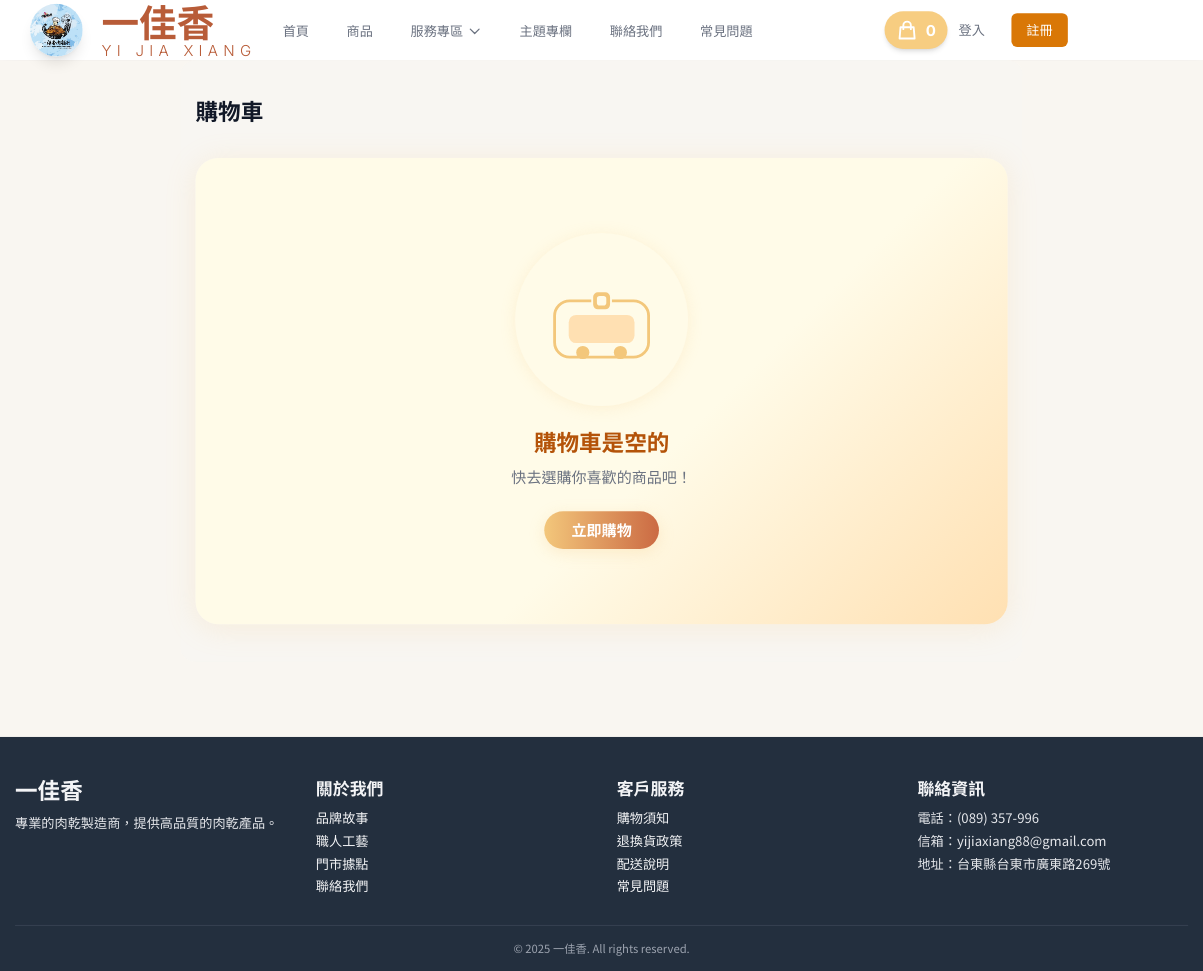
Repository: jack74387/YI-JIA-XIANG
Page: /cart (app in frontend/)
These files come from the project's save history. The page is drawn as it stood at one moment and after the next save; the edit follows.
The browser window is 1280 px wide. The pictures show the whole page, at 94% of full size.
The page's requests for data from a server got no answer. The project was rebuilt for these pictures with package versions that can differ from the ones it lists, and the page was loaded fresh each time. No one was signed in, and anything a server would have sent is missing. Also part of the build but not shown: frontend/vite.config.ts, frontend/src/components/ArticleBlock.vue, frontend/src/views/HomeView.vue, frontend/src/components/ProductImageGallery.vue, frontend/src/components/ProductInfo.vue, frontend/src/components/ProductTabs.vue, frontend/src/components/ProductAddToCartModal.vue, frontend/src/views/ProductDetailView.vue and 1 more.

Above is the page before, as saved 2025-08-12 16:54:28.

### frontend/index.html
<!DOCTYPE html>
<html lang="zh-TW">
  <head>
    <meta charset="UTF-8">
    <link rel="icon" href="/favicon.ico">
    <meta name="viewport" content="width=device-width, initial-scale=1.0">
    <title>一佳香肉脯行</title>
    <meta name="description" content="一佳香肉脯行是台東知名的肉品加工廠，提供高品質的肉品加工產品，傳承半甲子工藝技術。">
    <meta name="keywords" content="肉品,加工,一佳香,台灣肉品,肉品加工">

    <!-- Open Graph / Facebook -->
    <meta property="og:type" content="website">
    <meta property="og:url" content="https://yijiaxiang.com/">
    <meta property="og:title" content="一佳香肉脯行 - 專業肉品加工廠">
    <meta property="og:description" content="傳承半甲子工藝，提供高品質肉品加工產品">
    <meta property="og:image" content="/images/logo.jpg">

    <!-- Twitter -->
    <meta property="twitter:card" content="summary_large_image">
    <meta property="twitter:url" content="https://yijiaxiang.com/">
    <meta property="twitter:title" content="一佳香肉脯行 - 專業肉品加工廠">
    <meta property="twitter:description" content="傳承半甲子工藝，提供高品質肉品加工產品">
    <meta property="twitter:image" content="/images/logo.jpg">

    <!-- 預載入字體 -->
    <link rel="preconnect" href="https://fonts.googleapis.com">
    <link rel="preconnect" href="https://fonts.gstatic.com" crossorigin>
    <link href="https://fonts.googleapis.com/css2?family=Inter:wght@300;400;500;600;700&family=Noto+Sans+TC:wght@300;400;500;700&display=swap" rel="stylesheet">
  </head>
  <body>
    <div id="app"></div>
    <script type="module" src="/src/main.ts"></script>
  </body>
</html>

### frontend/src/main.ts
import { createApp } from 'vue'
import { createPinia } from 'pinia'
import App from './App.vue'
import router from './router'
import { useAuthStore } from './stores/auth'
import axios from 'axios'
import './style.css'

// 設定 axios 預設配置
axios.defaults.baseURL = import.meta.env.VITE_API_BASE_URL || `${window.location.protocol}//${window.location.hostname}:8000`
axios.defaults.headers.common['Content-Type'] = 'application/json'
axios.defaults.headers.common['Accept'] = 'application/json'
axios.defaults.withCredentials = false // 不使用 cookies

// 添加請求攔截器
axios.interceptors.request.use(
  (config) => {
    // 從 localStorage 獲取 token
    const token = localStorage.getItem('auth_token')
    if (token) {
      config.headers.Authorization = `Bearer ${token}`
    }
    return config
  },
  (error) => {
    return Promise.reject(error)
  }
)

// 添加回應攔截器
axios.interceptors.response.use(
  (response) => {
    return response
  },
  (error) => {
    if (error.response?.status === 401) {
      // Token 無效，清除本地儲存並跳轉到登入頁面
      localStorage.removeItem('auth_token')
      localStorage.removeItem('auth_user')
      window.location.href = '/login'
    }
    return Promise.reject(error)
  }
)

const app = createApp(App)
const pinia = createPinia()

app.use(pinia)
app.use(router)

// 初始化認證狀態
const authStore = useAuthStore()
authStore.initAuth()

app.mount('#app')

### frontend/src/App.vue
<template>
  <div>
    <Navigation v-if="!isAdmin" />
    <Sidebar v-if="!isAdmin" class="lg:hidden" />
    <div class="main-content min-h-screen bg-[#f9f6f1] transition-all duration-300 pb-20">
      <router-view />
    </div>
    <Footer v-if="!isAdmin" />
  </div>
</template>

<script setup lang="ts">
import { onMounted, computed, watch } from 'vue'
import { useRoute } from 'vue-router'
import Navigation from '@/components/Navigation.vue'
import Sidebar from '@/components/Sidebar.vue'
import Footer from '@/components/Footer.vue'
import { useAuthStore } from '@/stores/auth'

const authStore = useAuthStore()
const route = useRoute()
const isAdmin = computed(() => route.path.startsWith('/admin'))

onMounted(() => {
  // 初始化認證狀態
  authStore.initAuth()
})

watch(
  () => route.fullPath,
  () => {
    window.scrollTo(0, 0)
    document.body.scrollTop = 0
    document.documentElement.scrollTop = 0
    const app = document.getElementById('app')
    if (app) app.scrollTop = 0
    const mainLayout = document.querySelector('.main-layout')
    if (mainLayout) (mainLayout as HTMLElement).scrollTop = 0
  }
)
</script>

<style scoped>
/* 保留原有的樣式，但移除導航相關樣式 */
</style>

### frontend/src/style.css
@import url('https://fonts.googleapis.com/css2?family=Inter:wght@300;400;500;600;700&family=Noto+Sans+TC:wght@300;400;500;700&display=swap');

@tailwind base;
@tailwind components;
@tailwind utilities;

@layer base {
  html {
    font-family: 'Inter', 'Noto Sans TC', sans-serif;
  }

  body {
    @apply bg-gray-50 text-gray-900;
  }
}

@layer components {
  .btn-primary {
    @apply bg-primary-600 hover:bg-primary-700 text-white font-medium py-2 px-4 rounded-lg transition-colors duration-200;
  }

  .btn-secondary {
    @apply bg-gray-200 hover:bg-gray-300 text-gray-800 font-medium py-2 px-4 rounded-lg transition-colors duration-200;
  }

  .card {
    @apply bg-white rounded-lg shadow-md p-6;
  }

  .input-field {
    @apply w-full px-3 py-2 border border-gray-300 rounded-lg focus:outline-none focus:ring-2 focus:ring-primary-500 focus:border-transparent;
  }
}

img {
  max-width: 100%;
  height: auto;
  display: block;
}

@media (max-width: 600px) {
  .btn-primary, .btn-secondary, .card, .input-field {
    font-size: 1rem;
    padding-left: 1em;
    padding-right: 1em;
  }
  .card {
    padding: 1em;
  }
}

### frontend/src/components/Navigation.vue
<template>
  <nav class="bg-white shadow-lg">
    <div class="max-w-7xl mx-auto px-4 sm:px-6 lg:px-8">
      <div class="flex justify-between h-16">
        <div class="flex items-center">
          <router-link to="/" class="flex items-center space-x-5">
            <img src="/images/logo.jpg" alt="品牌LOGO" class="h-14 w-14 rounded-full object-cover shadow-lg" />
            <div class="flex flex-col items-start justify-center leading-tight">
              <span
                class="text-[2.5rem] font-black"
                style="font-family: 'Noto Sans TC', 'Microsoft JhengHei', '黑體-繁', sans-serif; color: #b85c38; line-height: 1;"
              >一佳香</span>
              <span
                class="text-[1rem] font-light uppercase tracking-[0.35em] mt-1"
                style="color: #b85c38; letter-spacing: 0.35em; line-height: 1;"
              >YI JIA XIANG</span>
            </div>
          </router-link>
          <div class="hidden sm:ml-6 sm:flex sm:space-x-8">
            <router-link
              to="/"
              class="border-transparent text-gray-500 hover:border-gray-300 hover:text-gray-700 inline-flex items-center px-1 pt-1 border-b-2 text-sm font-medium"
              active-class="border-amber-500 text-gray-900"
            >
              首頁
            </router-link>
            <router-link
              to="/products"
              class="border-transparent text-gray-500 hover:border-gray-300 hover:text-gray-700 inline-flex items-center px-1 pt-1 border-b-2 text-sm font-medium"
              active-class="border-amber-500 text-gray-900"
            >
              商品
            </router-link>
            <!-- 服務專區下拉選單 -->
            <div class="relative" @mouseenter="isServiceMenuOpen = true" @mouseleave="isServiceMenuOpen = false">
              <button
                class="border-transparent text-gray-500 hover:border-gray-300 hover:text-gray-700 inline-flex items-center px-1 pt-1 border-b-2 text-sm font-medium focus:outline-none"
                type="button"
              >
                服務專區
                <svg class="ml-1 w-4 h-4" fill="none" stroke="currentColor" viewBox="0 0 24 24">
                  <path stroke-linecap="round" stroke-linejoin="round" stroke-width="2" d="M19 9l-7 7-7-7" />
                </svg>
              </button>
              <div
                v-show="isServiceMenuOpen"
                class="absolute left-0 top-full mt-0 rounded-xl shadow-lg bg-white ring-1 ring-black ring-opacity-5 z-50 block px-4 py-3 min-w-[220px]"
              >
                  <router-link to="/line-friend" class="service-link block w-full text-left">LINE好友專區</router-link>
                  <router-link to="/group-order" class="service-link block w-full text-left">團購/企業訂購</router-link>
                  <router-link to="/gift" class="service-link block w-full text-left">禮盒加值服務</router-link>
                  <router-link to="/food-trace" class="service-link block w-full text-left">食品履歷查詢</router-link>
                  <router-link to="/store-locator" class="service-link block w-full text-left">門市據點</router-link>
                  <div class="h-px bg-gray-200 my-2"></div>
              </div>
            </div>
            <!-- 主題專欄 -->
            <router-link
              to="/articles"
              class="border-transparent text-gray-500 hover:border-gray-300 hover:text-gray-700 inline-flex items-center px-1 pt-1 border-b-2 text-sm font-medium"
              active-class="border-amber-500 text-gray-900"
            >
              主題專欄
            </router-link>
            <!-- 其他主選單 -->
            <router-link
              to="/contact"
              class="border-transparent text-gray-500 hover:border-gray-300 hover:text-gray-700 inline-flex items-center px-1 pt-1 border-b-2 text-sm font-medium"
              active-class="border-amber-500 text-gray-900"
            >
              聯絡我們
            </router-link>
            <router-link
              to="/faq"
              class="border-transparent text-gray-500 hover:border-gray-300 hover:text-gray-700 inline-flex items-center px-1 pt-1 border-b-2 text-sm font-medium"
              active-class="border-amber-500 text-gray-900"
            >
              常見問題
            </router-link>
          </div>
        </div>

        <div class="hidden sm:ml-6 sm:flex sm:items-center">
          <!-- 購物車 -->
          <router-link
            to="/cart"
            class="flex items-center px-3 py-1 bg-[#f7cd81] rounded-full shadow-md hover:bg-[#f5c46a] transition-colors duration-200 group"
            style="min-width:64px; min-height:40px;"
          >
            <svg class="h-6 w-6 text-white mr-2" fill="none" viewBox="0 0 24 24" stroke="currentColor">
              <path stroke-linecap="round" stroke-linejoin="round" stroke-width="2" d="M16 11V7a4 4 0 00-8 0v4M5 9h14l1 12H4L5 9z" />
            </svg>
            <span class="text-white text-base font-bold select-none">{{ cartStore.itemCount }}</span>
          </router-link>

          <!-- 用戶選單 -->
          <div v-if="authStore.isAuthenticated" class="ml-3 relative user-menu">
            <div>
              <button
                @click="toggleUserMenu"
                class="max-w-xs bg-white flex items-center text-sm rounded-full focus:outline-none focus:ring-2 focus:ring-offset-2 focus:ring-amber-500"
              >
                <div class="h-8 w-8 rounded-full bg-amber-600 flex items-center justify-center text-white font-medium">
                  {{ authStore.userInitials }}
                </div>
                <span class="ml-2 text-gray-700">{{ authStore.user?.name }}</span>
                <svg class="ml-1 h-4 w-4 text-gray-400" fill="none" viewBox="0 0 24 24" stroke="currentColor">
                  <path stroke-linecap="round" stroke-linejoin="round" stroke-width="2" d="M19 9l-7 7-7-7" />
                </svg>
              </button>
            </div>

            <!-- 下拉選單 -->
            <div
              v-show="isUserMenuOpen"
              class="origin-top-right absolute right-0 mt-2 w-48 rounded-md shadow-lg py-1 bg-white ring-1 ring-black ring-opacity-5 focus:outline-none z-50"
              @click.stop
            >
              <router-link
                to="/profile"
                class="block px-4 py-2 text-sm text-gray-700 hover:bg-gray-100"
                @click="closeUserMenu"
              >
                個人資料
              </router-link>
              <router-link
                to="/orders"
                class="block px-4 py-2 text-sm text-gray-700 hover:bg-gray-100"
                @click="closeUserMenu"
              >
                我的訂單
              </router-link>
              <router-link
                to="/points"
                class="block px-4 py-2 text-sm text-gray-700 hover:bg-gray-100"
                @click="closeUserMenu"
              >
                我的點數
              </router-link>
              <router-link
                to="/coupon"
                class="block px-4 py-2 text-sm text-gray-700 hover:bg-gray-100"
                @click="closeUserMenu"
              >
                我的優惠券
              </router-link>
              <router-link
                to="/member-center"
                class="block px-4 py-2 text-sm text-gray-700 hover:bg-gray-100"
                @click="closeUserMenu"
              >
                會員中心
              </router-link>
              <div class="border-t border-gray-100"></div>
              <button
                @click="handleLogout"
                class="flex items-center w-full text-left px-4 py-2 text-sm text-red-600 hover:bg-red-50 hover:text-red-700 transition-colors duration-200"
              >
                <svg class="w-4 h-4 mr-2" fill="none" stroke="currentColor" viewBox="0 0 24 24">
                  <path stroke-linecap="round" stroke-linejoin="round" stroke-width="2" d="M17 16l4-4m0 0l-4-4m4 4H7m6 4v1a3 3 0 01-3 3H6a3 3 0 01-3-3V7a3 3 0 013-3h4a3 3 0 013 3v1" />
                </svg>
                登出
              </button>
            </div>
          </div>

          <!-- 登入/註冊按鈕 -->
          <div v-else class="flex space-x-4">
            <router-link
              to="/login"
              class="text-gray-500 hover:text-gray-700 px-3 py-2 rounded-md text-sm font-medium"
            >
              登入
            </router-link>
            <router-link
              to="/register"
              class="bg-amber-600 hover:bg-amber-700 text-white px-4 py-2 rounded-md text-sm font-medium"
            >
              註冊
            </router-link>
          </div>
        </div>

        <!-- 手機版選單按鈕，改為觸發 Sidebar.vue -->
        <Sidebar />
      </div>
    </div>

    <!-- 登出確認對話框 -->
    <LogoutConfirmDialog
      :show="showLogoutDialog"
      @close="showLogoutDialog = false"
    />
  </nav>
</template>

<script setup lang="ts">
import { ref, onMounted, onUnmounted } from 'vue'
import { useRouter } from 'vue-router'
import { useAuthStore } from '@/stores/auth'
import { useCartStore } from '@/stores/cart'
import LogoutConfirmDialog from './LogoutConfirmDialog.vue'
// 1. 匯入 Sidebar.vue
import Sidebar from './Sidebar.vue'

const router = useRouter()
const authStore = useAuthStore()
const cartStore = useCartStore()

const isUserMenuOpen = ref(false)
const isServiceMenuOpen = ref(false)
const showLogoutDialog = ref(false)

const toggleUserMenu = () => {
  isUserMenuOpen.value = !isUserMenuOpen.value
}

const closeUserMenu = () => {
  isUserMenuOpen.value = false
}

const handleLogout = () => {
  // 顯示登出確認對話框
  showLogoutDialog.value = true
  isUserMenuOpen.value = false
}

// 處理點擊外部關閉用戶選單
const handleClickOutside = (event: Event) => {
  const userMenu = document.querySelector('.user-menu')
  if (userMenu && !userMenu.contains(event.target as Node)) {
    isUserMenuOpen.value = false
  }
}

// 在組件掛載時添加事件監聽器
onMounted(() => {
  document.addEventListener('click', handleClickOutside)
})

// 在組件卸載時移除事件監聽器
onUnmounted(() => {
  document.removeEventListener('click', handleClickOutside)
})
</script>

<style scoped>
/* 讓 logo 與品牌文字更貼近，品牌文字更像圖片 */
.service-link {
  color: #7c5a1a;
  font-size: 1rem;
  font-weight: 600;
  border-radius: 0.8em;
  padding: 0.7em 1.1em;
  text-decoration: none;
  transition: color 0.18s, text-decoration 0.18s;
  margin: 0.1em 0;
  display: block;
  letter-spacing: 0.01em;
}
.service-link:hover, .service-link.router-link-active {
  color: #b8860b;
  text-decoration: underline;
  background: none;
  box-shadow: none;
}
.divider {
  height: 1px;
  background: #f3e9d2;
  margin: 0.1em 0;
}
</style>

### frontend/src/stores/adminAuth.ts
import { defineStore } from 'pinia'
import axios from 'axios'

export const useAdminAuthStore = defineStore('adminAuth', {
  state: () => ({
    isAuthenticated: false,
    token: '',
    user: null as null | { id: number; name: string; email: string },
  }),
  actions: {
    async initAuth() {
      // 嘗試從 localStorage 讀取 admin token
      const token = localStorage.getItem('admin_token')
      if (token) {
        try {
          // 驗證 token 是否有效
          const response = await axios.get('/api/v1/auth/user', {
            headers: {
              'Authorization': `Bearer ${token}`
            }
          })

          if (response.data.success) {
            this.token = token
            this.isAuthenticated = true
            this.user = response.data.user

            // 設置 axios 默認 header
            axios.defaults.headers.common['Authorization'] = `Bearer ${token}`
          } else {
            // Token 無效，清除
            this.logout()
          }
        } catch (error) {
          console.error('Token validation failed:', error)
          // Token 無效，清除
          this.logout()
        }
      } else {
        this.isAuthenticated = false
        this.token = ''
        this.user = null
      }
    },
    setAuth(token: string, user: any) {
      this.token = token
      this.isAuthenticated = true
      this.user = user
      localStorage.setItem('admin_token', token)

      // 設置 axios 默認 header
      axios.defaults.headers.common['Authorization'] = `Bearer ${token}`
    },
    logout() {
      this.token = ''
      this.isAuthenticated = false
      this.user = null
      localStorage.removeItem('admin_token')

      // 清除 axios 默認 header
      delete axios.defaults.headers.common['Authorization']
    }
  }
})

### frontend/src/components/SidebarLink.vue
<template>
  <router-link :to="to" class="sidebar-link" active-class="active" @click.native="$emit('close')">
    <span class="icon">
      <component :is="iconComponent" class="w-6 h-6" />
    </span>
    <span class="label">{{ label }}</span>
  </router-link>
</template>

<script setup lang="ts">
import { computed } from 'vue'
import { HomeIcon, ShoppingBagIcon, SparklesIcon, ChatBubbleLeftEllipsisIcon, PhoneIcon, MapIcon, GiftIcon, UsersIcon, ChatBubbleLeftRightIcon } from '@heroicons/vue/24/outline'

const props = defineProps<{ icon: string, to: string, label: string }>()

const iconMap: Record<string, any> = {
  home: HomeIcon,
  'shopping-bag': ShoppingBagIcon,
  sparkles: SparklesIcon,
  'chat-bubble-left-ellipsis': ChatBubbleLeftEllipsisIcon,
  phone: PhoneIcon,
  map: MapIcon,
  gift: GiftIcon,
  users: UsersIcon,
  'chat-bubble-left-right': ChatBubbleLeftRightIcon,
}
const iconComponent = computed(() => iconMap[props.icon] || HomeIcon)
</script>

<style scoped>
.sidebar-link {
  display: flex;
  align-items: center;
  gap: 1rem;
  padding: 0.75rem 1.2rem;
  border-radius: 1em;
  color: #a67c00;
  font-weight: 600;
  font-size: 1.08rem;
  transition: background 0.18s, color 0.18s, box-shadow 0.18s;
  text-decoration: none;
}
.sidebar-link:hover, .sidebar-link.active {
  background: #fffbe9;
  color: #b8860b;
  box-shadow: 0 2px 8px #ffe9b2aa;
}
.icon {
  display: flex;
  align-items: center;
  justify-content: center;
}
.label {
  flex: 1;
}
</style>

### frontend/src/utils/imageUtils.ts
/**
 * 統一的圖片 URL 處理函數
 * 處理前端和後端之間的圖片路徑轉換
 */
export function getImageUrl(imagePath: string | undefined | null): string {
  console.log('=== imageUtils Debug ===')
  console.log('Input imagePath:', imagePath)
  console.log('imagePath type:', typeof imagePath)

  if (!imagePath) {
    console.log('imagePath is empty, returning empty string')
    return ''
  }

  // 獲取 API 基礎 URL，優先使用環境變數
  const apiBaseUrl = import.meta.env.VITE_API_BASE_URL || 'http://localhost:8000'
  console.log('apiBaseUrl:', apiBaseUrl)
  console.log('VITE_API_BASE_URL:', import.meta.env.VITE_API_BASE_URL)

  // 如果已經是完整的 HTTP URL，直接返回
  if (imagePath.startsWith('http')) {
    console.log('imagePath starts with http, returning as is:', imagePath)
    return imagePath
  }

  // 處理錯誤格式：/https://... (後端返回的 Cloudinary URL 前面多了一個 /)
  if (imagePath.startsWith('/http')) {
    const correctedPath = imagePath.substring(1) // 移除開頭的 /
    console.log('imagePath starts with /http, corrected to:', correctedPath)
    return correctedPath
  }

  // 處理 /storage 路徑
  if (imagePath.startsWith('/storage')) {
    const result = `${apiBaseUrl}${imagePath}`
    console.log('imagePath starts with /storage, result:', result)
    return result
  }

  // 如果是相對路徑，加上後端基礎 URL
  if (imagePath.startsWith('/')) {
    const result = `${apiBaseUrl}${imagePath}`
    console.log('imagePath starts with /, result:', result)
    return result
  }

  // 其他情況，直接返回原路徑
  console.log('returning original imagePath:', imagePath)
  return imagePath
}

/**
 * 檢查圖片是否載入成功
 */
export function checkImageLoad(url: string): Promise<boolean> {
  return new Promise((resolve) => {
    const img = new Image()
    img.onload = () => resolve(true)
    img.onerror = () => resolve(false)
    img.src = url
  })
}

/**
 * 獲取圖片尺寸
 */
export function getImageDimensions(url: string): Promise<{ width: number; height: number }> {
  return new Promise((resolve, reject) => {
    const img = new Image()
    img.onload = () => {
      resolve({ width: img.naturalWidth, height: img.naturalHeight })
    }
    img.onerror = () => {
      reject(new Error('圖片載入失敗'))
    }
    img.src = url
  })
}

Loaded but not shown: frontend/tailwind.config.js (41 lines, source omitted); frontend/src/stores/auth.ts (432 lines, source omitted); frontend/src/components/Sidebar.vue (171 lines, source omitted); frontend/src/views/CartView.vue (268 lines, source omitted); frontend/src/router/index.ts (286 lines, source omitted); frontend/src/stores/cart.ts (123 lines, source omitted); frontend/src/components/LogoutConfirmDialog.vue (90 lines, source omitted); frontend/src/components/Footer.vue (61 lines, source omitted)

After the next save:
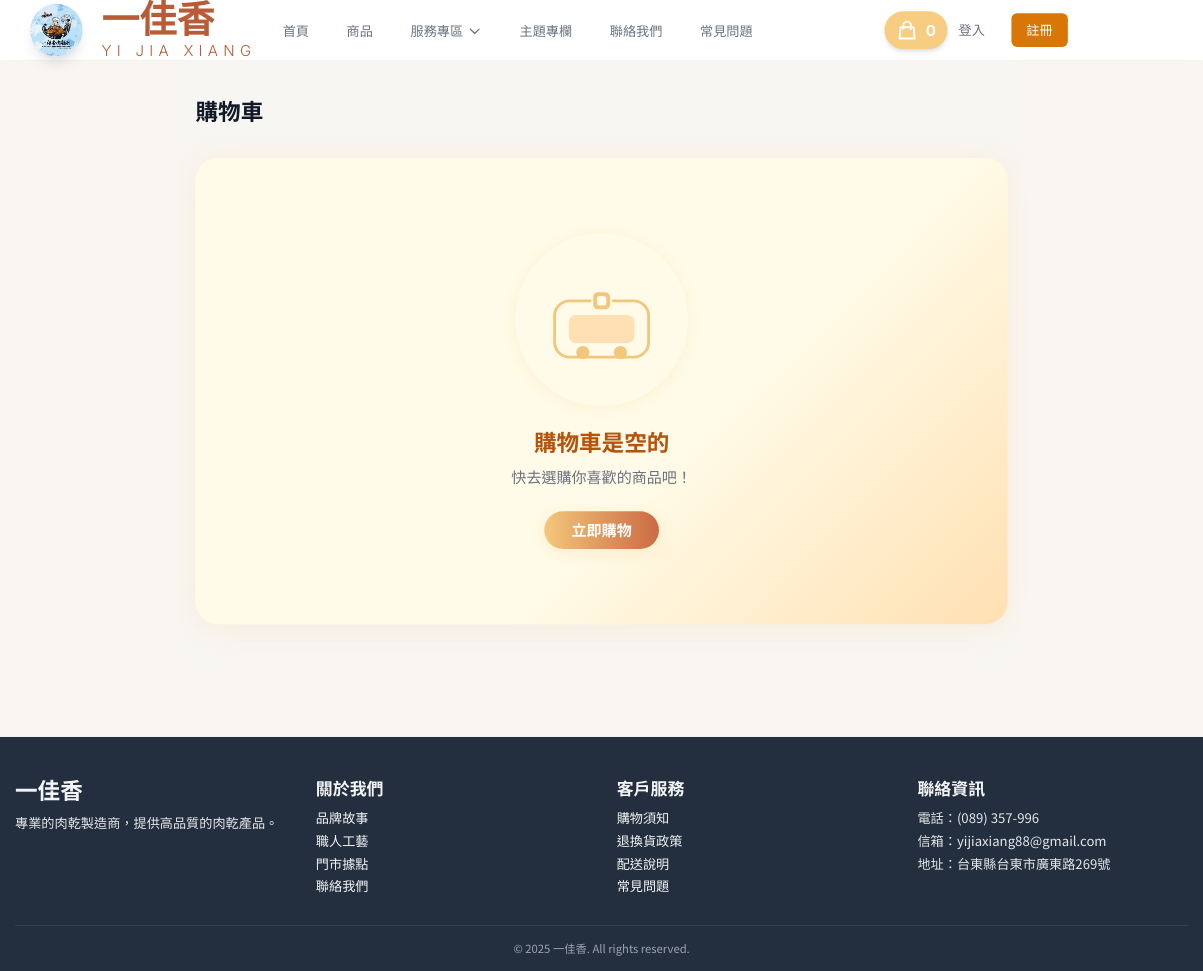
Saved 39 h 18 min later.
--- a/frontend/src/components/Navigation.vue
+++ b/frontend/src/components/Navigation.vue
@@ -8,7 +8,7 @@
             <div class="flex flex-col items-start justify-center leading-tight">
               <span
                 class="text-[2.5rem] font-black"
-                style="font-family: 'Noto Sans TC', 'Microsoft JhengHei', '黑體-繁', sans-serif; color: #b85c38; line-height: 1;"
+                style="font-family: 'Noto Serif TC', 'Microsoft JhengHei', '微軟正黑體', serif; color: #b85c38; line-height: 1;"
               >一佳香</span>
               <span
                 class="text-[1rem] font-light uppercase tracking-[0.35em] mt-1"
